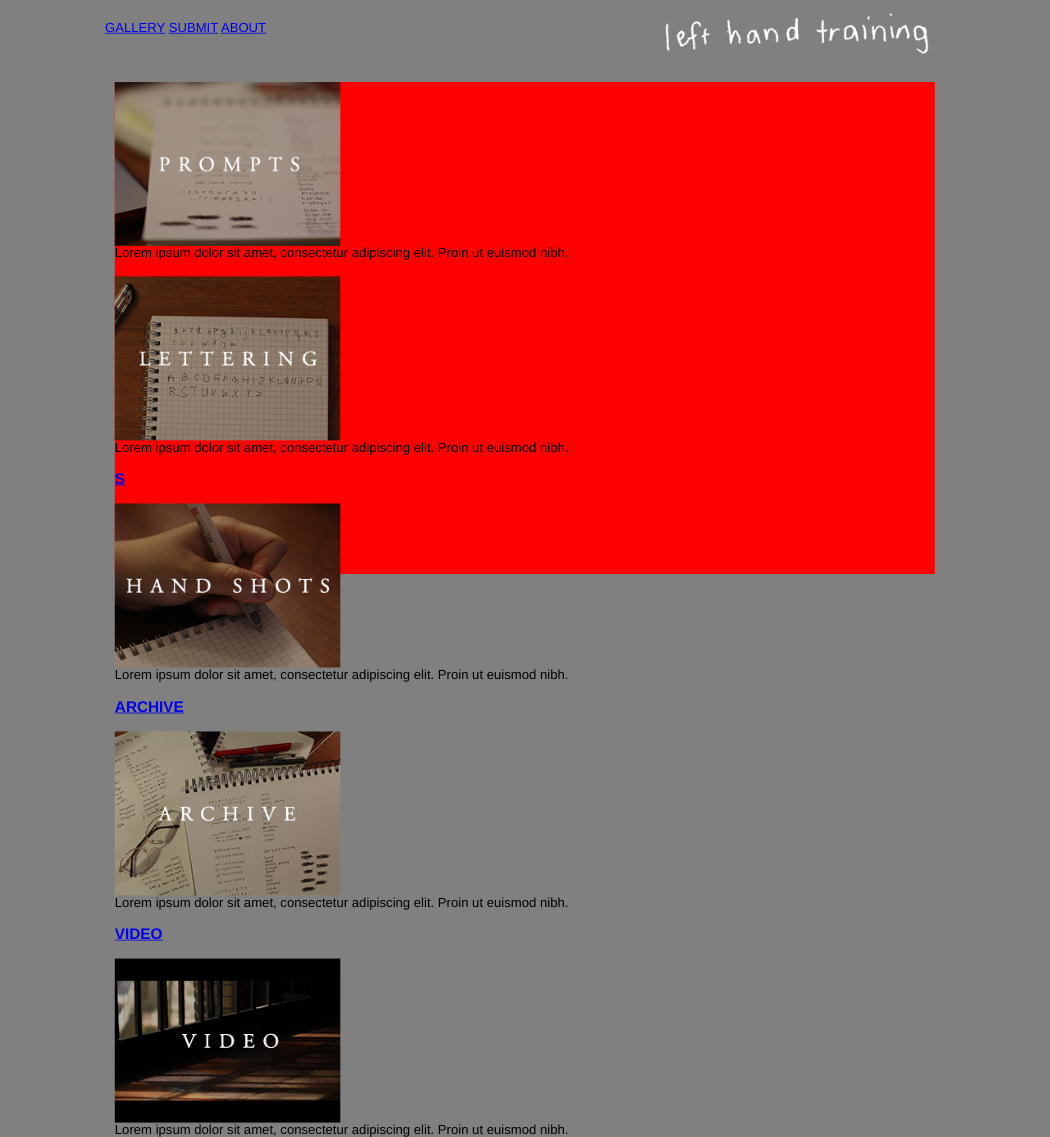
Repository: simonekurtz/simonekurtz.github.io
Page: 3ASGN_Catalog/gallery.html
The author's editor kept a record of every edit. The page is drawn from the files as they stood at one moment, then again after the next edit.
The browser window is 1280 px wide. The pictures show the whole page, at 82% of full size.
Some web libraries are served in a nearby version.

Above is the page before.

After the next edit:
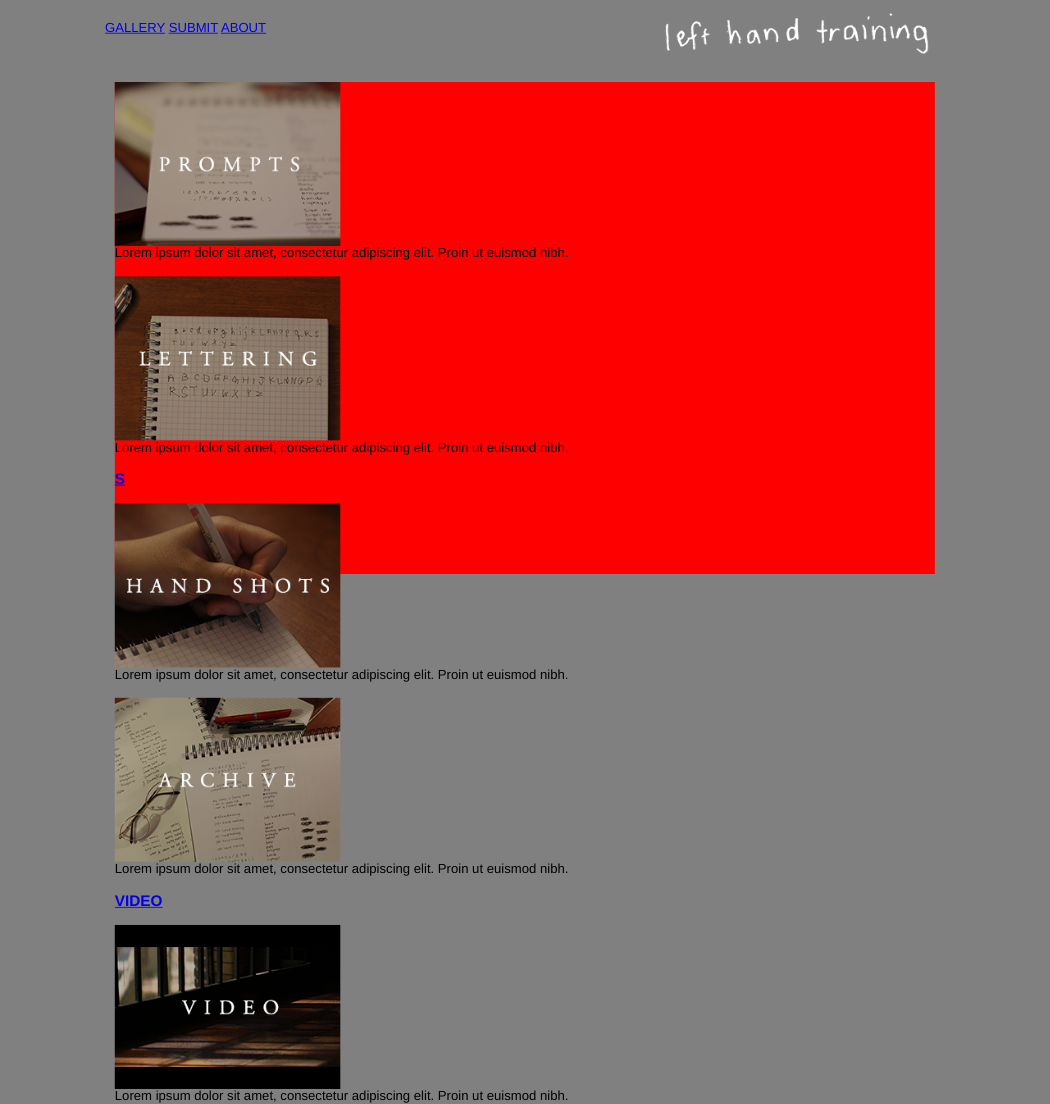
The edit:
--- a/3ASGN_Catalog/gallery.html
+++ b/3ASGN_Catalog/gallery.html
@@ -67,7 +67,7 @@
                 </div>
                 <div class="GalleryBinderSub1">
                 <div class="Gallery4">
-                    <h3><a href="archive.html">ARCHIVE</a></h3>
+                    <h3><a href="archive.html"></a></h3>
                     <div class="galleryContainer4">
                         <div class="galleryImage4">
                             <img src="images/images/ArchiveCover.png">
